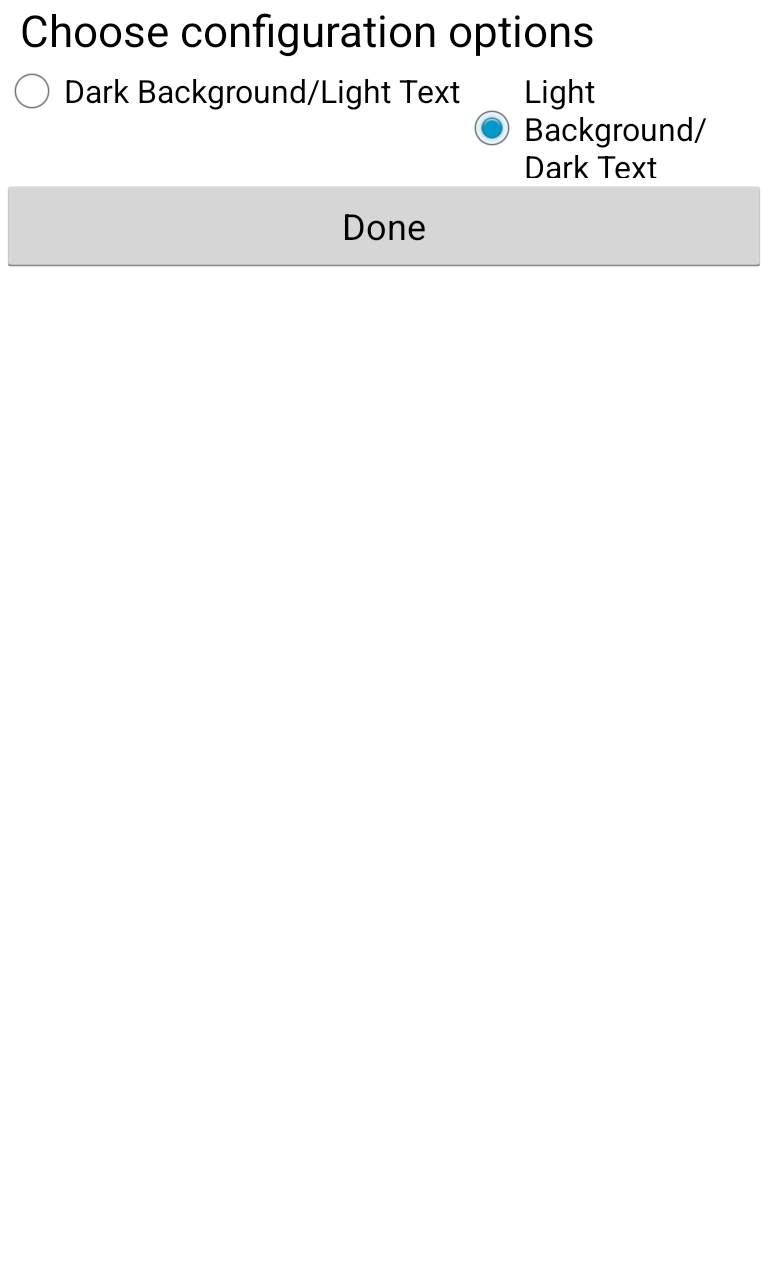
Repository: efreestone/MDF3_Freestone
Layout: MDF3Project3/res/layout/activity_config.xml
An editor plug-in stored every save of this project. The layout is shown before and after a run of saves, followed by the edit.
It is drawn on a 768 x 1280 px phone screen (xhdpi) without system bars, with theme AppTheme; the app's code is not run.

Above is the layout before, as saved 2014-07-24 00:03:24.

### MDF3Project3/res/layout/activity_config.xml
<?xml version="1.0" encoding="utf-8"?>
<LinearLayout xmlns:android="http://schemas.android.com/apk/res/android"
    android:layout_width="match_parent"
    android:layout_height="match_parent"
    android:orientation="vertical" >

    <TextView
        android:id="@+id/textView1"
        android:layout_width="match_parent"
        android:layout_height="wrap_content"
        android:textAppearance="?android:attr/textAppearanceLarge"
        android:text="@string/configurationTitle"
        android:paddingLeft="10dp"
        android:ems="10" />

    <RadioGroup
        android:id="@+id/backgroundRadioGroup"
        android:layout_width="wrap_content"
        android:layout_height="wrap_content"
        android:layout_gravity="center"
        android:orientation="horizontal" >
        <RadioButton
            android:id="@+id/darkRadioButton"
            android:layout_width="match_parent"
            android:layout_height="wrap_content"
            android:checked="true"
            android:text="@string/darkBackgroundString" />

        <RadioButton
            android:id="@+id/lightRadioButton"
            android:layout_width="match_parent"
            android:layout_height="wrap_content"
            android:checked="true"
            android:text="@string/lightBackgroundString" />
    </RadioGroup>

    <Button
        android:id="@+id/doneButton"
        android:layout_width="match_parent"
        android:layout_height="wrap_content"
        android:text="Done" />

</LinearLayout>

### MDF3Project3/res/values/strings.xml
<?xml version="1.0" encoding="utf-8"?>
<resources>

    <string name="app_name">MDF3Project3</string>
    <string name="detail_name">Details Activity</string>
    <string name="action_settings">Settings</string>
    <string name="titleString">DVD New Releases</string>

    <string name="buttonString">Get New Releases</string>
    <string name="moreInfoButtonString">Get More Info</string>

    <string name="ratingBarTitleString">Seen this Movie? Rate it!</string>

    <!-- Connection Alert strings -->
    <string name="noConnectionTitle">Connection Error</string>
    <string name="noConnectionAlert">This application requires internet access. Please check your network connection and try again.</string>

    <string name="noFileTitle">File does not exist</string>
    <string name="noFileAlert">The file does not exist on your device so it was requested from the API. Select Get New Releases to update the ListView</string>

    <string name="ratingSelectedTitle">Movie Rated</string>

    <string name="configurationTitle">Choose configuration options</string>
    <string name="darkBackgroundString">Dark Background/Light Text</string>
	<string name="lightBackgroundString">Light Background/Dark Text</string>
	<string name="saveButtonString">Save Configuration</string>

</resources>

Loaded but not shown: MDF3Project3/res/values/styles.xml (common file); MDF3Project3/res/values-v11/styles.xml (common file); MDF3Project3/res/values-v14/styles.xml (common file)

After the next 2 saves:
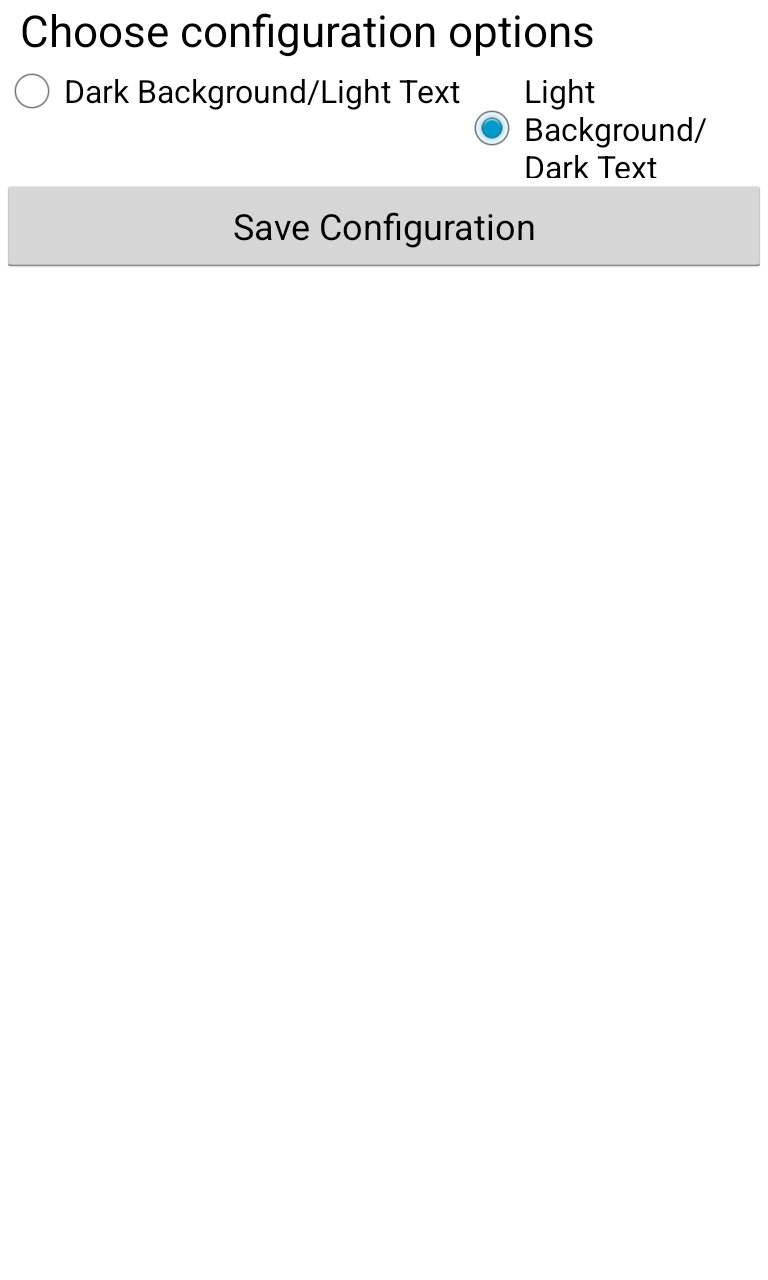
The 2 saves are shown as one change because 1 did not build or start.
The last was saved 41 s later.
--- a/MDF3Project3/res/layout/activity_config.xml
+++ b/MDF3Project3/res/layout/activity_config.xml
@@ -38,6 +38,6 @@
         android:id="@+id/doneButton"
         android:layout_width="match_parent"
         android:layout_height="wrap_content"
-        android:text="Done" />
+        android:text="@string/saveButtonString" />
 
 </LinearLayout>
